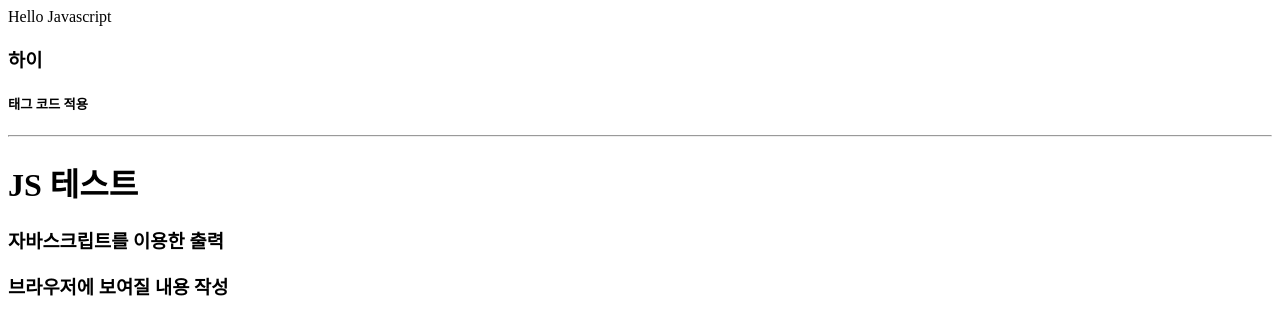
Repository: Baechangho/JavaBasic
Page: workspace_web/Front/src/main/webapp/js/js_01.html
An editor plug-in stored every save of this project. The page is shown before and after the next save, followed by the edit.
The browser window is 1280 px wide. The pictures show the whole page.

Above is the page before, as saved 2023-08-04 00:48:14.

### workspace_web/Front/src/main/webapp/js/js_01.html
<!DOCTYPE html>
<html>
<head>
<meta charset="UTF-8">
<title>Insert title here</title>
<script type="text/javascript">
//한 줄 주석
/* 문장 주석 */

//------------------------------------------------

//출력1. 알림창 띄우기 - alert() 함수

/* alert();
alert(123);
alert(123.456);
alert("Hello");
alert('Hi'); */

// 자바스크립트의 실행코드에는
// ;세미콜론을 코드 마지막에 적는 것이
// 필수가 아니다

//------------------------------------------------

//출력2. <body>영역에 출력하기

document.write('Hello Javascript')
document.write('<h3>하이</h3>')
document.write('<h5>태그 코드 적용</h5>')
document.write('<hr>')

document.body.innerHTML






</script>
</head>
<body>

<h1>JS 테스트</h1>
<h3>자바스크립트를 이용한 출력</h3>
<h3>브라우저에 보여질 내용 작성</h3>



</body>
</html>

After the next save:
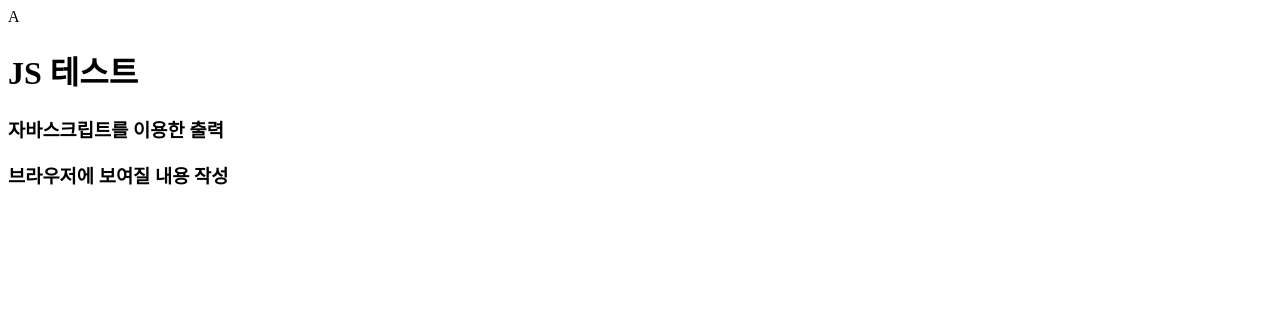
Saved 13 min 37 s later.
--- a/workspace_web/Front/src/main/webapp/js/js_01.html
+++ b/workspace_web/Front/src/main/webapp/js/js_01.html
@@ -30,7 +30,7 @@
 document.write('<h5>태그 코드 적용</h5>')
 document.write('<hr>')
 
-document.body.innerHTML
+document.body.innerHTML = 'A'
 
 
 

After the save that followed:
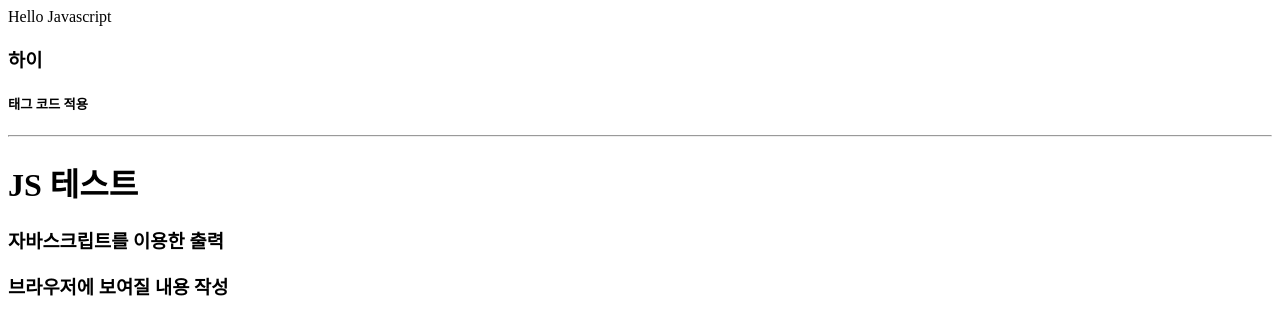
Saved 8 s later.
--- a/workspace_web/Front/src/main/webapp/js/js_01.html
+++ b/workspace_web/Front/src/main/webapp/js/js_01.html
@@ -30,7 +30,7 @@
 document.write('<h5>태그 코드 적용</h5>')
 document.write('<hr>')
 
-document.body.innerHTML = 'A'
+document.body.innerHTML
 
 
 
